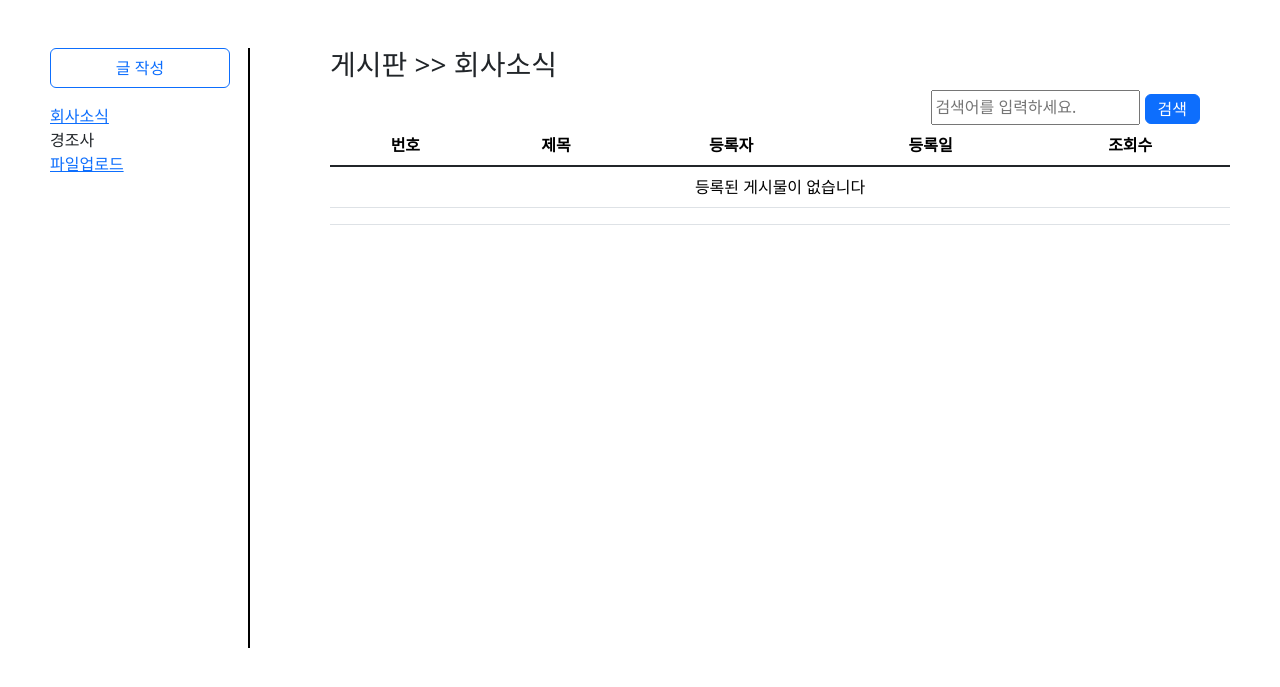
Repository: KimDongGyuu/final
Page: http://localhost/aceworks/WEB-INF/views/company_news/company_news_List.jsp
An editor plug-in stored every save of this project. The page is shown before and after the next save, followed by the edit.
The browser window is 1280 px wide. The pictures show the whole page.
The page is served by Tomcat 9. Nobody is signed in. The template is opened directly, without the code that normally fills it, so the values that code supplies are empty.

Above is the page before, as saved 2024-03-17 04:29:23.

After the next save:
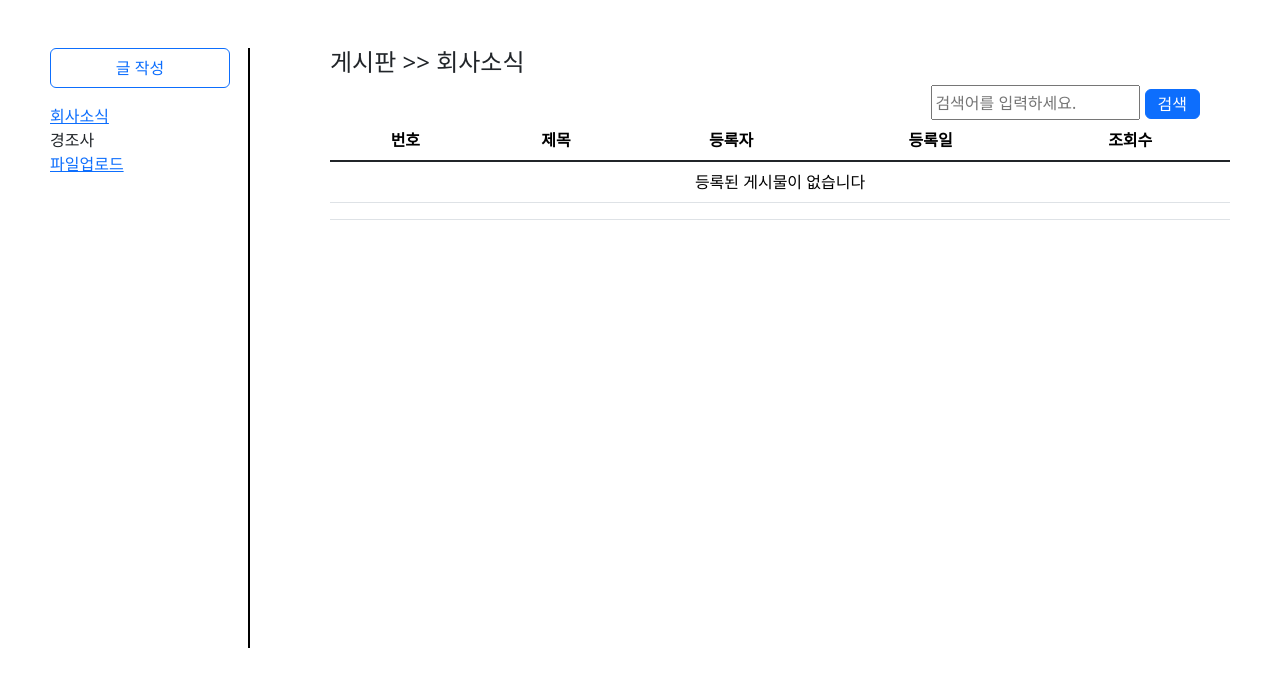
Saved 3 min 41 s later.
--- a/aceworks/src/main/webapp/WEB-INF/views/company_news/company_news_List.jsp
+++ b/aceworks/src/main/webapp/WEB-INF/views/company_news/company_news_List.jsp
@@ -46,7 +46,7 @@ h3 {
 <div class="mt-3"><a href="company_news_List.do">회사소식</a> <br> 경조사 <br><a href="fileUploadForm.do">파일업로드</a></div>
 		</div>
 		<div id="right">
-		<div class="mt-5 mb-2"><span class="h3">게시판 &gt;&gt; 회사소식</span></div>
+		<div class="mt-5 mb-2"><span class="h4">게시판 &gt;&gt; 회사소식</span></div>
 <div class="mt-2 d-flex gap-2 justify-content-end">
     <form action="company_newsSearch.do">
         <input type="text" id="searchKeyword" name="keyword" placeholder="검색어를 입력하세요." style="width:70%; height: 35px;">
